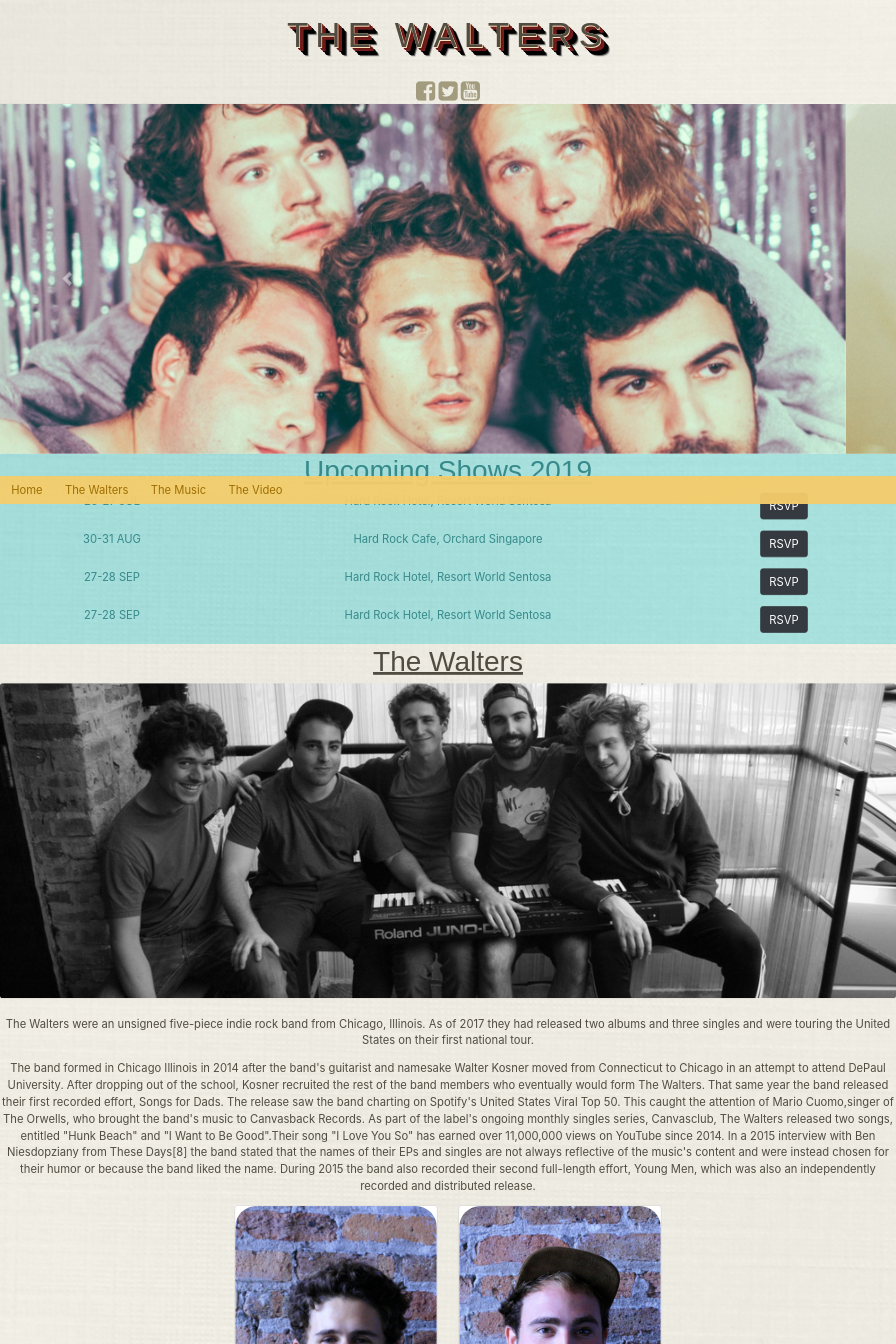
Repository: yucheng91/CIassignment1
Page: index.html
The author's editor kept a record of every edit. The page is drawn from the files as they stood at one moment, then again after the next edit.
The browser window is 1280 px wide. The pictures show the part of the page from y = 0 to 1920 px (the page is 4068 px tall), at 70% of full size.
Some web fonts or font styles are not loaded; a fallback is used.

Above is the page before.

After the next edit:
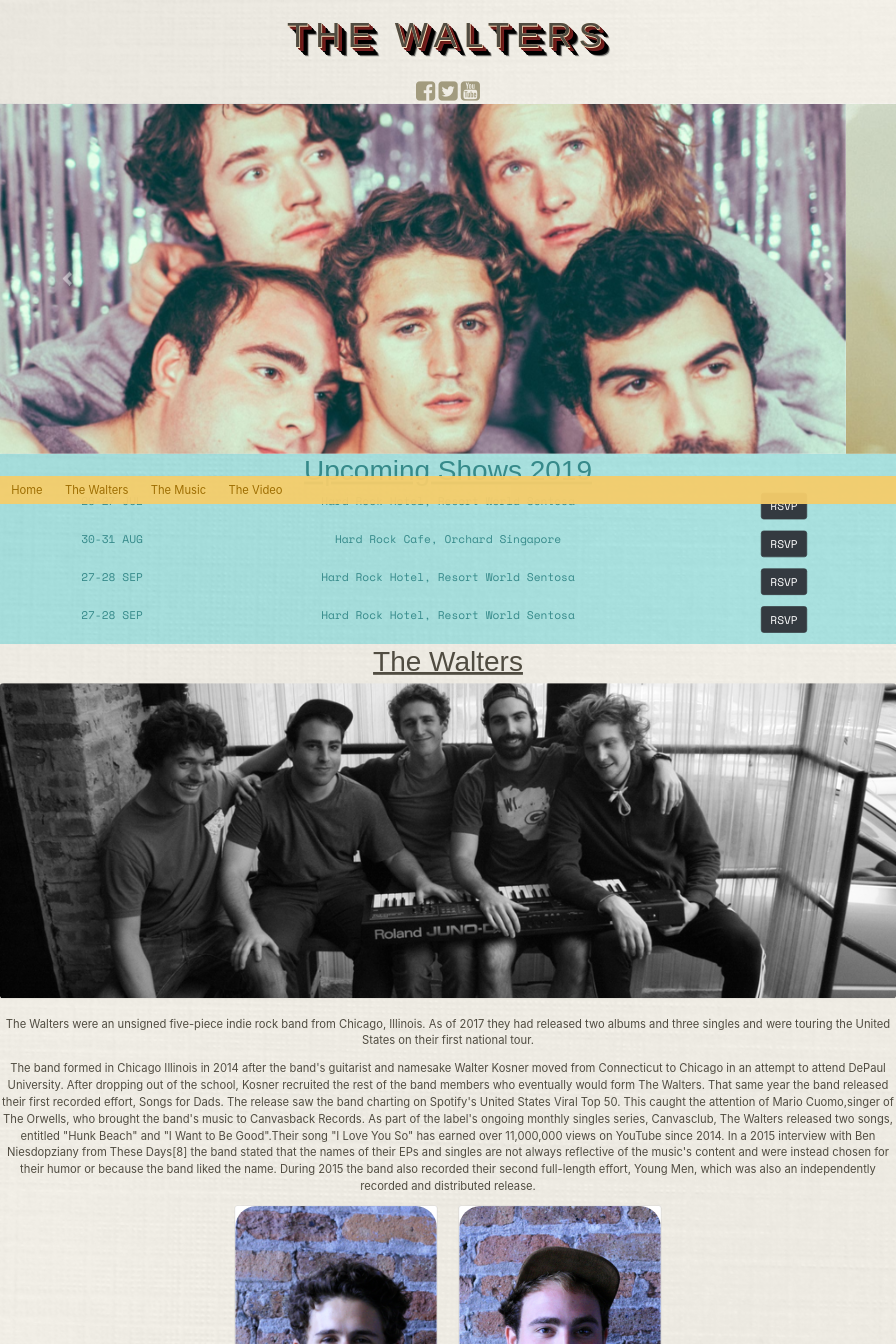
The edit:
--- a/index.html
+++ b/index.html
@@ -62,51 +62,52 @@
   <section id="upcomingshow">
     <div>
       <h1>Upcoming Shows 2019</h1>
-      <div class="schedule">
-      <div class="container-fluid">
-        <div class="row">
-          <div class="col-12 col-md-3">
-            <p>26-27 JUL</p>
-          </div>
-          <div class="col-12 col-md-6">
-            <p>Hard Rock Hotel, Resort World Sentosa</p>
-          </div>
-          <div class="col-12 col-md-3 text-center">
-            <a href="https://www.eventbrite.sg"><button type="button" class="btn btn-dark">RSVP</button></p></a>
-          </div>
-        </div>
-
-        <div class="row">
-          <div class="col-12 col-md-3">
-            <p>30-31 AUG</p>
-          </div>
-          <div class="col-12 col-md-6">
-            <p>Hard Rock Cafe, Orchard Singapore</p>
-          </div>
-          <div class="col-12 col-md-3 text-center">
-            <a href="https://www.eventbrite.sg"><button type="button" class="btn btn-dark">RSVP</button></p></a>
-          </div>
-        </div>
-        <div class="row">
-          <div class="col-12 col-md-3">
-            <p>27-28 SEP</p>
-          </div>
-          <div class="col-12 col-md-6">
-            <p>Hard Rock Hotel, Resort World Sentosa</p>
-          </div>
-          <div class="col-12 col-md-3 text-center">
-            <a href="https://www.eventbrite.sg"><button type="button" class="btn btn-dark">RSVP</button></p></a>
-          </div>
-        </div>
-        <div class="row">
-          <div class="col-12 col-md-3">
-            <p>27-28 SEP</p>
-          </div>
-          <div class="col-12 col-md-6">
-            <p>Hard Rock Hotel, Resort World Sentosa</p>
-          </div>
-          <div class="col-12 col-md-3 text-center">
-            <a href="https://www.eventbrite.sg"><button type="button" class="btn btn-dark">RSVP</button></p></a>
+      <div class="text-content">
+        <div class="container-fluid">
+          <div class="row">
+            <div class="col-12 col-md-3">
+              <p>26-27 JUL</p>
+            </div>
+            <div class="col-12 col-md-6">
+              <p>Hard Rock Hotel, Resort World Sentosa</p>
+            </div>
+            <div class="col-12 col-md-3 text-center">
+              <a href="https://www.eventbrite.sg"><button type="button" class="btn btn-dark">RSVP</button></p></a>
+            </div>
+          </div>
+
+          <div class="row">
+            <div class="col-12 col-md-3">
+              <p>30-31 AUG</p>
+            </div>
+            <div class="col-12 col-md-6">
+              <p>Hard Rock Cafe, Orchard Singapore</p>
+            </div>
+            <div class="col-12 col-md-3 text-center">
+              <a href="https://www.eventbrite.sg"><button type="button" class="btn btn-dark">RSVP</button></p></a>
+            </div>
+          </div>
+          <div class="row">
+            <div class="col-12 col-md-3">
+              <p>27-28 SEP</p>
+            </div>
+            <div class="col-12 col-md-6">
+              <p>Hard Rock Hotel, Resort World Sentosa</p>
+            </div>
+            <div class="col-12 col-md-3 text-center">
+              <a href="https://www.eventbrite.sg"><button type="button" class="btn btn-dark">RSVP</button></p></a>
+            </div>
+          </div>
+          <div class="row">
+            <div class="col-12 col-md-3">
+              <p>27-28 SEP</p>
+            </div>
+            <div class="col-12 col-md-6">
+              <p>Hard Rock Hotel, Resort World Sentosa</p>
+            </div>
+            <div class="col-12 col-md-3 text-center">
+              <a href="https://www.eventbrite.sg"><button type="button" class="btn btn-dark">RSVP</button></p></a>
+            </div>
           </div>
         </div>
       </div>
